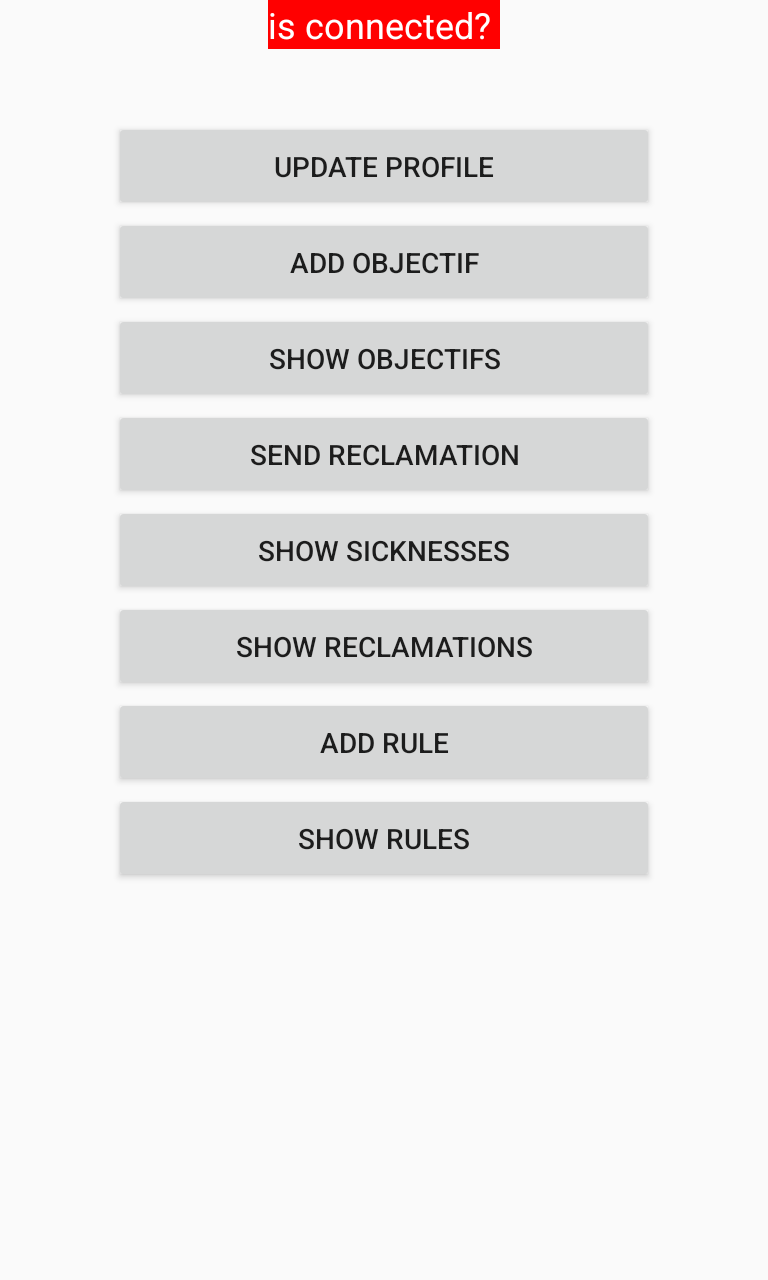
Repository: HAYKEL88/MASTER2_PFE
Layout: PFE_ANDROID/res/layout/activity_welcome_admin.xml
These files come from the project's save history. The layout is drawn as it stood at one moment and after the next save; the edit follows.
It is drawn on a 768 x 1280 px phone screen (xhdpi) without system bars, with theme AppTheme; the app's code is not run.

Above is the layout before, as saved 2014-12-21 11:01:35.

### PFE_ANDROID/res/layout/activity_welcome_admin.xml
<?xml version="1.0" encoding="utf-8"?>
<LinearLayout xmlns:android="http://schemas.android.com/apk/res/android"
    android:layout_width="match_parent"
    android:layout_height="match_parent"
    android:orientation="vertical" >

    <TextView
        android:id="@+id/tvIsConnected"
        android:layout_width="wrap_content"
        android:layout_height="wrap_content"
        android:layout_gravity="center_horizontal"
        android:layout_marginBottom="5dp"
        android:background="#FF0000"
        android:text="is connected? "
        android:textColor="#FFF"
        android:textSize="18dp" />

    <TextView
        android:id="@+id/tvWelcomeAdmin"
        android:layout_width="272dp"
        android:layout_height="wrap_content"
        android:layout_gravity="center_horizontal"
        android:text=""
        android:textAppearance="?android:attr/textAppearanceLarge" />

    <Button
        android:id="@+id/updateProfile"
        android:layout_width="272dp"
        android:layout_height="wrap_content"
        android:layout_gravity="center_horizontal"
        android:text="@string/button_updateProfile"
        android:onClick="updateProfile"/>

    <Button
        android:id="@+id/addUser"
        android:layout_width="272dp"
        android:layout_height="wrap_content"
        android:layout_gravity="center_horizontal"
        android:text="@string/button_addObjectif"
        android:onClick="addUser"/>

    <Button
        android:id="@+id/usersList"
        android:layout_width="272dp"
        android:layout_height="wrap_content"
        android:layout_gravity="center_horizontal"
        android:text="@string/button_showObjectifs"
        android:onClick="usersList"/>

    <Button
        android:id="@+id/addSicknesses"
        android:layout_width="272dp"
        android:layout_height="wrap_content"
        android:layout_gravity="center_horizontal"
        android:text="@string/button_sendReclamations"
        android:onClick="addSicknesses"/>

    <Button
        android:id="@+id/sicknessesList"
        android:layout_width="272dp"
        android:layout_height="wrap_content"
        android:layout_gravity="center_horizontal"
        android:text="@string/button_showSicknesses"
        android:onClick="sicknessesList"/>

    <Button
        android:id="@+id/ShowReclamations"
        android:layout_width="272dp"
        android:layout_height="wrap_content"
        android:layout_gravity="center_horizontal"
        android:text="@string/button_showReclamations" />

    <Button
        android:id="@+id/addRule"
        android:layout_width="272dp"
        android:layout_height="wrap_content"
        android:layout_gravity="center_horizontal"
        android:text="@string/button_addRule" />

    <Button
        android:id="@+id/rulesList"
        android:layout_width="272dp"
        android:layout_height="wrap_content"
        android:layout_gravity="center_horizontal"
        android:text="@string/button_showRules" />

</LinearLayout>

### PFE_ANDROID/res/values/strings.xml
<?xml version="1.0" encoding="utf-8"?>
<resources>

    <string name="app_name">PFE_Android</string>
    <string name="hello_world">Hello world!</string>
    <string name="action_settings">Settings</string>
    <string name="title_activity_sign_in">SignIn</string>
    <string name="title_activity_sign_up">SignUp</string>
    <string name="title_activity_welcome_user">WelcomeUser</string>
    <string name="title_activity_update_user">UpdateUser</string>
    <string name="title_activity_add_objectif">AddObjectif</string>
    <string name="title_activity_objectifs_list">ObjectifsList</string>
    <string name="title_activity_send_reclamation">SendReclamation</string>
    <string name="title_activity_sicknesses">Sicknesses</string>
    <string name="title_activity_welcome_admin">WelcomeAdmin</string>
    <string name="title_activity_update_admin">UpdateAdmin</string>
    <string name="title_activity_add_user">AddUser</string>
    <string name="title_activity_users_list">UsersList</string>
    <string name="title_activity_reclamations">Reclamations</string>
    <string name="title_activity_rules_list">RulesList</string>
    <string name="title_activity_add_rule">AddRule</string>
    <string name="title_activity_add_wickness">AddWickness</string>
    <string name="title_activity_wicknesses">Wicknesses</string>
    <string name="title_activity_about">About</string>
    <string name="title_activity_contact_us">ContactUs</string>


    <string name="button_signIn">sign In</string>
    <string name="button_signUp">sign Up</string>
    <string name="button_about">About</string>
    <string name="button_contactUs">Contact US</string>
    <string name="button_updateProfile">Update Profile</string>
    <string name="button_addObjectif">Add Objectif</string>
    <string name="button_showObjectifs">Show Objectifs</string>
    <string name="button_sendReclamations">Send Reclamation</string>
    <string name="button_showSicknesses">Show Sicknesses</string>
    <string name="button_update">Update</string>
    <string name="button_add">Add</string>
    <string name="button_send">Send</string>
    <string name="button_save">Save</string>
    <string name="button_addUser">add User</string>
    <string name="button_showUsers">Show Users</string>
    <string name="button_showReclamations">Show Reclamations</string>
    <string name="button_showRules">Show Rules</string>
    <string name="button_addRule">Add Rule</string>
    <string name="button_addWicknesses">Add Wicknesses</string>
    <string name="some_users">  Display and Filter some Users!</string>
    <string name="some_services">  Display and Filter some Services !</string>
    <string name="some_objectifs">  Display and Filter some Objectifs !</string>
    <string name="some_hint">  Type here to filter&#8230;</string>


</resources>

Loaded but not shown: PFE_ANDROID/res/values/styles.xml (common file); PFE_ANDROID/res/values-v11/styles.xml (common file); PFE_ANDROID/res/values-v14/styles.xml (common file)

After the next save:
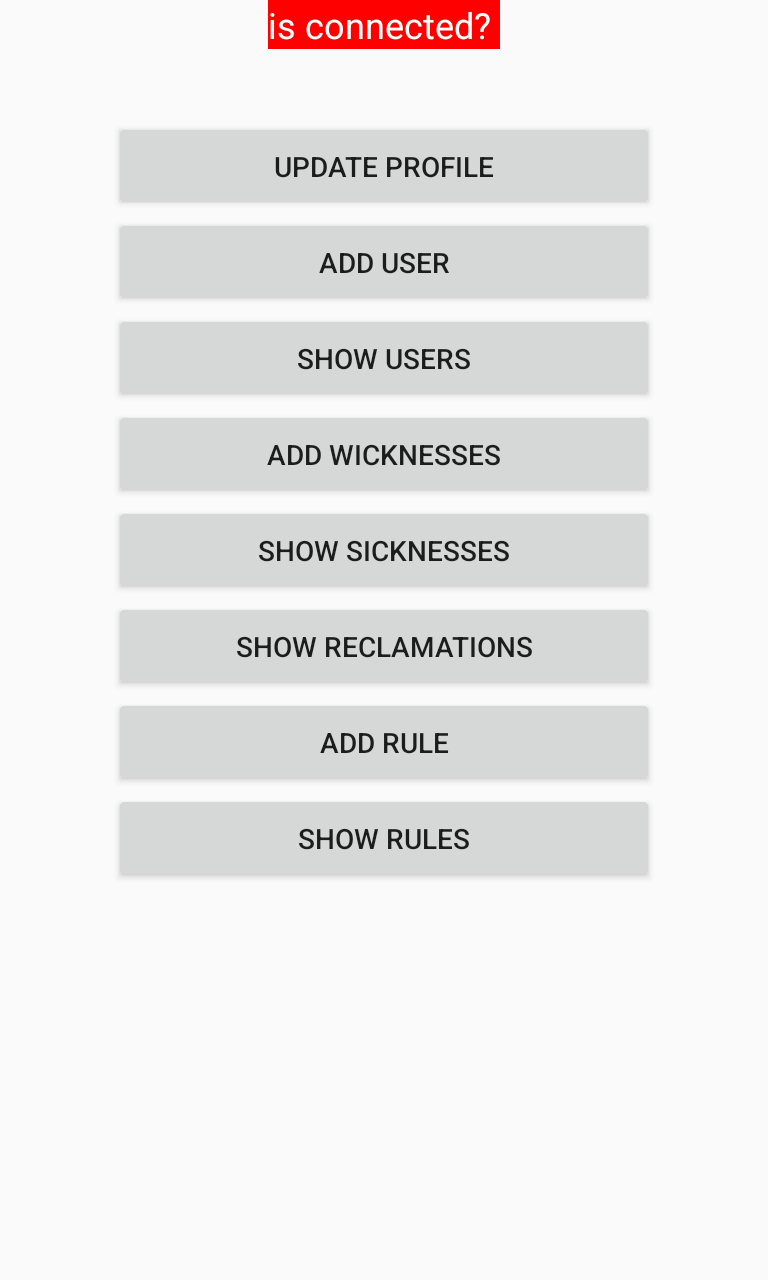
Saved 40 s later.
--- a/PFE_ANDROID/res/layout/activity_welcome_admin.xml
+++ b/PFE_ANDROID/res/layout/activity_welcome_admin.xml
@@ -36,7 +36,7 @@
         android:layout_width="272dp"
         android:layout_height="wrap_content"
         android:layout_gravity="center_horizontal"
-        android:text="@string/button_addObjectif"
+        android:text="@string/button_addUser"
         android:onClick="addUser"/>
 
     <Button
@@ -44,7 +44,7 @@
         android:layout_width="272dp"
         android:layout_height="wrap_content"
         android:layout_gravity="center_horizontal"
-        android:text="@string/button_showObjectifs"
+        android:text="@string/button_showUsers"
         android:onClick="usersList"/>
 
     <Button
@@ -52,7 +52,7 @@
         android:layout_width="272dp"
         android:layout_height="wrap_content"
         android:layout_gravity="center_horizontal"
-        android:text="@string/button_sendReclamations"
+        android:text="@string/button_addWicknesses"
         android:onClick="addSicknesses"/>
 
     <Button
